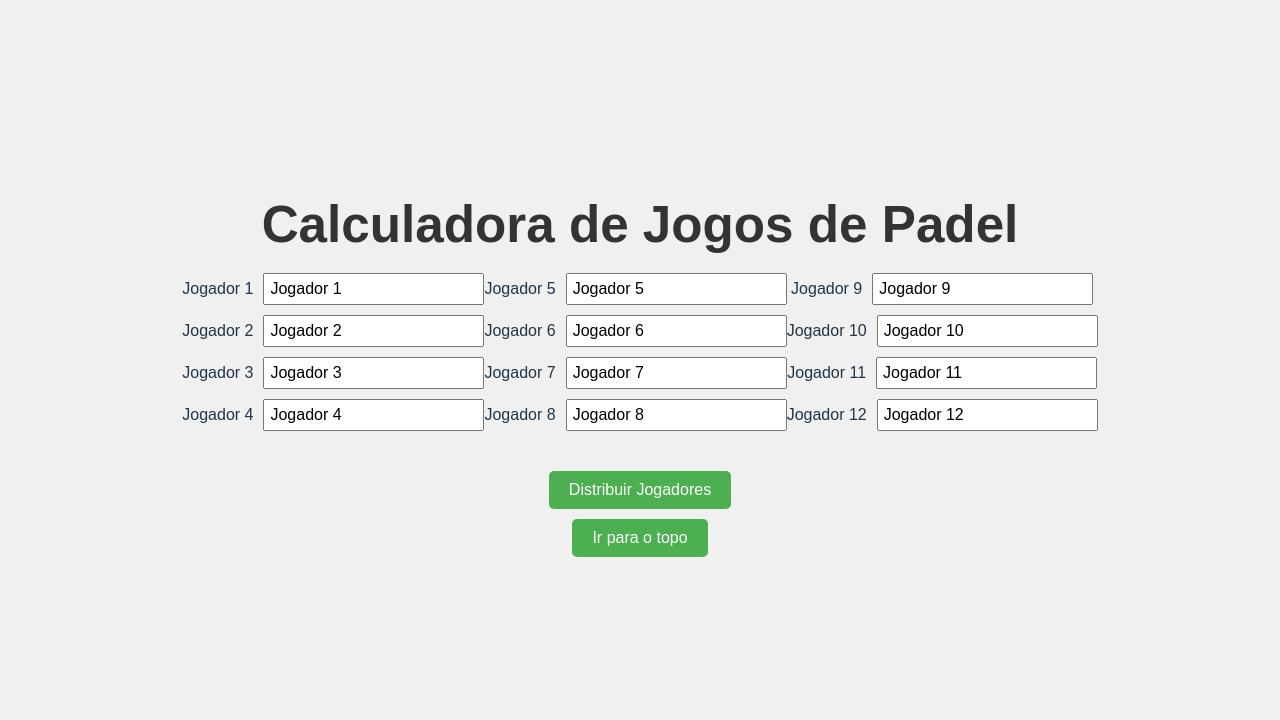
Repository: MarcioMiguel22/PadelMaster
Page: /calculadora
An editor plug-in stored every save of this project. The page is shown before and after the next save, followed by the edit.
The browser window is 1280 px wide. The pictures show the whole page.
The project was rebuilt for these pictures with package versions that can differ from the ones it lists, and the page was loaded fresh each time. Also part of the build but not shown: vite.config.ts, src/pages/Home/Home.tsx.

Above is the page before, as saved 2024-06-13 13:19:56.

After the next save:
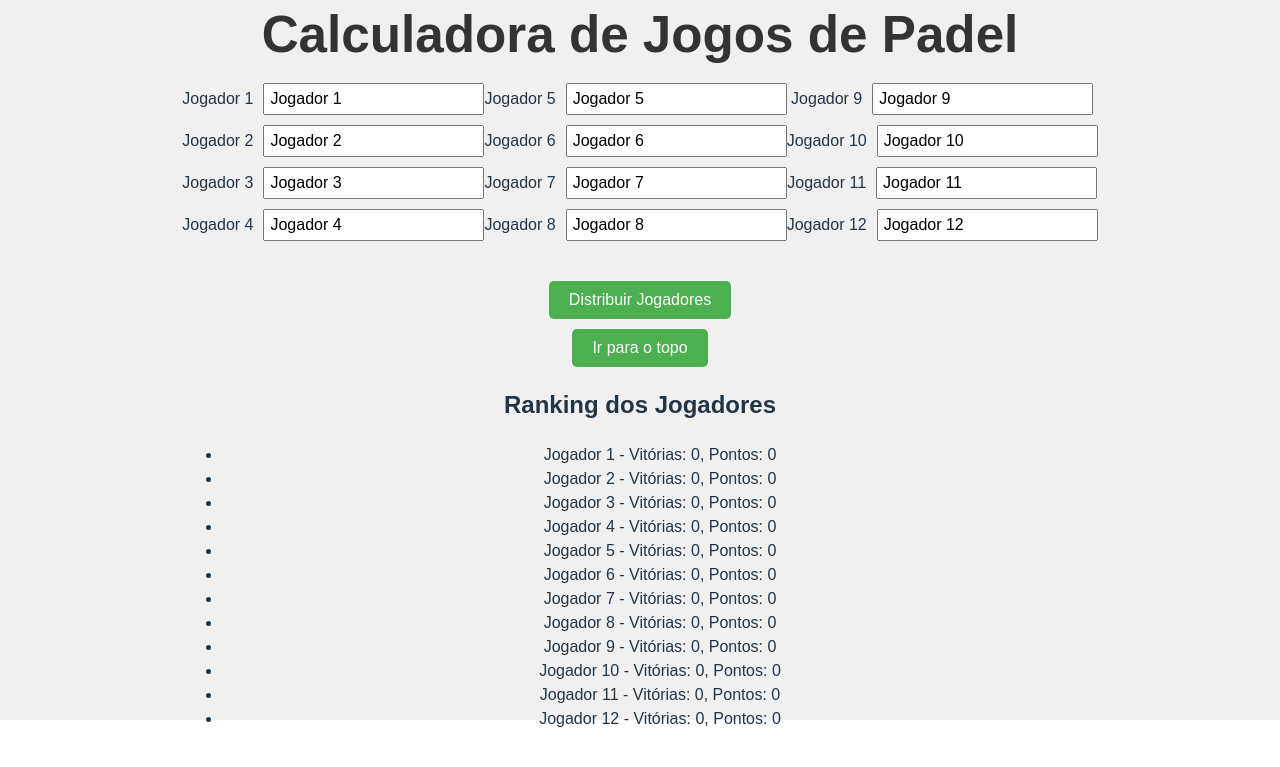
Saved 9 min 15 s later.
--- a/src/pages/Services/Calculadora.tsx
+++ b/src/pages/Services/Calculadora.tsx
@@ -4,6 +4,8 @@ import './Calculadora.css';
 type Jogador = {
   id: number;
   nome: string;
+  vitorias: number;
+  pontos: number;
 };
 
 type Time = {
@@ -19,6 +21,8 @@ type Campo = {
 const jogadoresIniciais: Jogador[] = Array.from({ length: 12 }, (_, i) => ({
   id: i + 1,
   nome: `Jogador ${i + 1}`,
+  vitorias: 0,
+  pontos: 0,
 }));
 
 const embaralharArray = <T,>(array: T[]): T[] => {
@@ -116,6 +120,13 @@ const CalculadoraApp: React.FC = () => {
         const vencedores = time1.resultado > time2.resultado ? time1.jogadores : time2.jogadores;
         const perdedores = time1.resultado > time2.resultado ? time2.jogadores : time1.jogadores;
 
+        const margemVitoria = Math.abs(time1.resultado - time2.resultado);
+
+        vencedores.forEach(jogador => {
+          jogador.vitorias += 1;
+          jogador.pontos += margemVitoria;
+        });
+
         if (campo.id === 1) {
           novosCampos[0].times.push({ jogadores: vencedores, resultado: 0 });
           novosCampos[1].times.push({ jogadores: perdedores, resultado: 0 });
@@ -144,6 +155,13 @@ const CalculadoraApp: React.FC = () => {
   const scrollToTop = () => {
     window.scrollTo({ top: 0, behavior: 'smooth' });
   };
+
+  const jogadoresClassificados = [...jogadores].sort((a, b) => {
+    if (b.vitorias === a.vitorias) {
+      return b.pontos - a.pontos;
+    }
+    return b.vitorias - a.vitorias;
+  });
 
   return (
     <div className="calculadora-container">
@@ -231,6 +249,16 @@ const CalculadoraApp: React.FC = () => {
           <button onClick={iniciarProximoJogo} className="distribute-button">Jogo {jogos.length + 1}</button>
         )}
         <button onClick={scrollToTop} className="scroll-to-top">Ir para o topo</button>
+        <div className="ranking-container">
+          <h2>Ranking dos Jogadores</h2>
+          <ul>
+            {jogadoresClassificados.map((jogador) => (
+              <li key={jogador.id}>
+                {jogador.nome} - Vitórias: {jogador.vitorias}, Pontos: {jogador.pontos}
+              </li>
+            ))}
+          </ul>
+        </div>
       </div>
     </div>
   );
